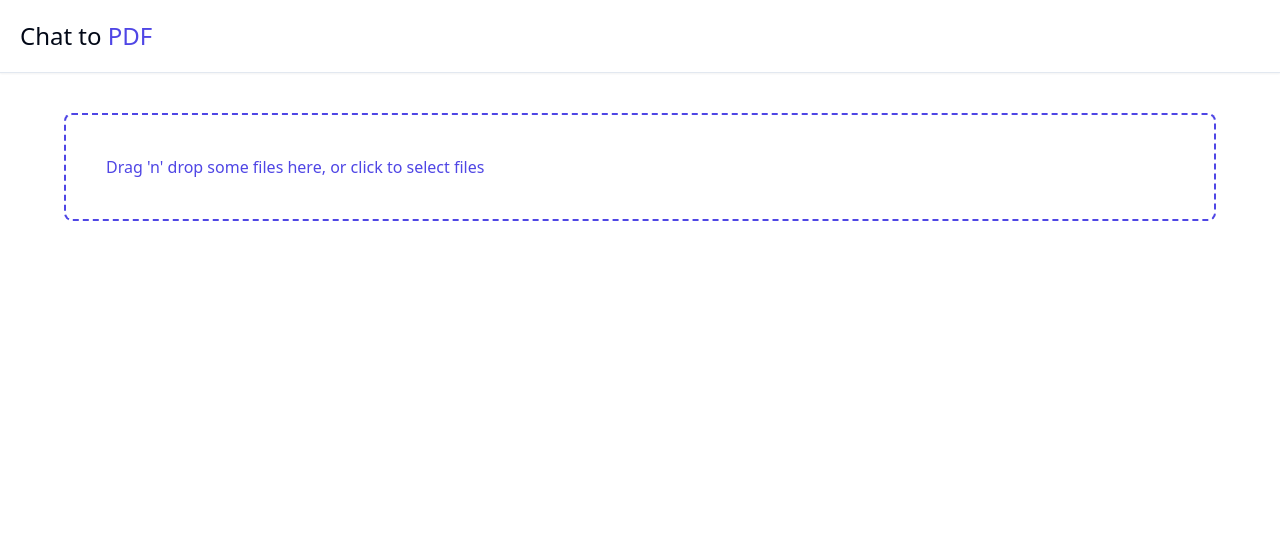
Repository: JonoSuave/chat-with-pdf
Page: /dashboard/upload
An editor plug-in stored every save of this project. The page is shown before and after the next save, followed by the edit.
The browser window is 1280 px wide. The pictures show the whole page.
The page's requests for data from a server got no answer. The project was rebuilt for these pictures with package versions that can differ from the ones it lists, and the page was loaded fresh each time. Some packages were replaced by stand-ins written for this rebuild. The framework's server and built-in components were replaced by stand-ins that run in the browser. No one was signed in, and anything a server would have sent is missing. Also part of the build but not shown: next.config.mjs, src/lib/utils.ts, src/components/ui/button.tsx.

Above is the page before, as saved 2024-07-24 09:55:51.

### src/app/layout.tsx
import { ClerkProvider } from "@clerk/nextjs";
import "./globals.css";
// import Header from "@/components/Header";

export default function RootLayout({
	children,
}: Readonly<{
	children: React.ReactNode;
}>) {
	return (
		<ClerkProvider>
			<html lang="en">
				<body className="min-h-screen h-screen overflow-hidden flex flex-col">
					{/* <Header /> */}
					{children}
				</body>
			</html>
		</ClerkProvider>
	);
}

### src/app/dashboard/layout.tsx
import Header from "@/components/Header";
import { ClerkLoaded } from "@clerk/nextjs";

function DashBoardLayout({ children }: { children: React.ReactNode }) {
	return (
		<ClerkLoaded>
			<div className="flex-1 flex flex-col h-screen">
				<Header />
				<main className="flex-1 overflow-y-auto">{children}</main>
			</div>
		</ClerkLoaded>
	);
}

export default DashBoardLayout;

### src/app/dashboard/upload/page.tsx
import FileUploader from "@/components/FileUploader";

function UploadPage() {
	return (
		<div>
			<FileUploader />
		</div>
	);
}

export default UploadPage;

### src/components/Header.tsx
"use client";
import { SignedIn, SignedOut, SignInButton, UserButton } from "@clerk/nextjs";
import Link from "next/link";
import React from "react";
import { Button } from "./ui/button";
import { FilePlus2 } from "lucide-react";

export default function Header() {
	return (
		<div className="flex justify-between bg-white shadow-sm p-5 border-b">
			<Link href="/dashboard" className="text-2xl">
				Chat to <span className="text-indigo-600">PDF</span>
			</Link>
			<SignedIn>
				<div className="flex items-center space-x-2">
					<Button asChild variant="link" className="hidden md:flex">
						<Link href="/dashboard/upgrade">Pricing</Link>
					</Button>

					<Button asChild variant="outline">
						<Link href="/dashboard">My Documents</Link>
					</Button>

                    <Button asChild variant="outline">
                        <Link href="/dashboard/upload"><FilePlus2 className="text-indigo-600" /></Link>
                    </Button>
					{/* Upgrade Button */}
					<UserButton />
				</div>
			</SignedIn>
		</div>
	);
}

### src/components/FileUploader.tsx
"use client";
import React, { useCallback } from "react";
import { useDropzone } from "react-dropzone";

function FileUploader() {
	const onDrop = useCallback((acceptedFiles: File[]) => {
		// Do something with the files
	}, []);
	const { getRootProps, getInputProps, isDragActive, isFocused } = useDropzone({ onDrop });
	return (
		<div className="flex flex-col gap-4 items-center max-w-7xl mx-auto">
			{/* Loading... tomorrow */}
			<div
				{...getRootProps()}
				className={`p-10 border-2 border-indigo-600 border-dashed mt-10 w-[90%] text-indigo-600 rounded-lg`}>
				<input {...getInputProps()} />
				{isDragActive ? (
					<p>Drop the files here ...</p>
				) : (
					<p>Drag 'n' drop some files here, or click to select files</p>
				)}
			</div>
		</div>
	);
}

export default FileUploader;

Loaded but not shown: src/app/globals.css (common file); tailwind.config.ts (common file)

After the next save:
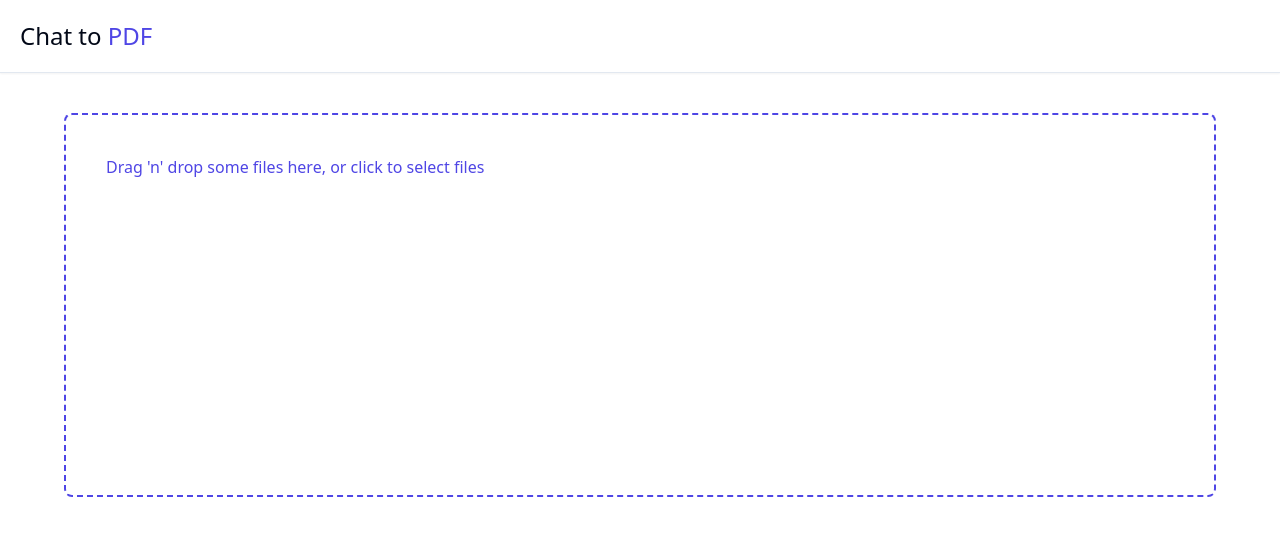
Saved 5 s later.
--- a/src/components/FileUploader.tsx
+++ b/src/components/FileUploader.tsx
@@ -12,7 +12,7 @@ function FileUploader() {
 			{/* Loading... tomorrow */}
 			<div
 				{...getRootProps()}
-				className={`p-10 border-2 border-indigo-600 border-dashed mt-10 w-[90%] text-indigo-600 rounded-lg`}>
+				className={`p-10 border-2 border-indigo-600 border-dashed mt-10 w-[90%] text-indigo-600 rounded-lg h-96`}>
 				<input {...getInputProps()} />
 				{isDragActive ? (
 					<p>Drop the files here ...</p>
